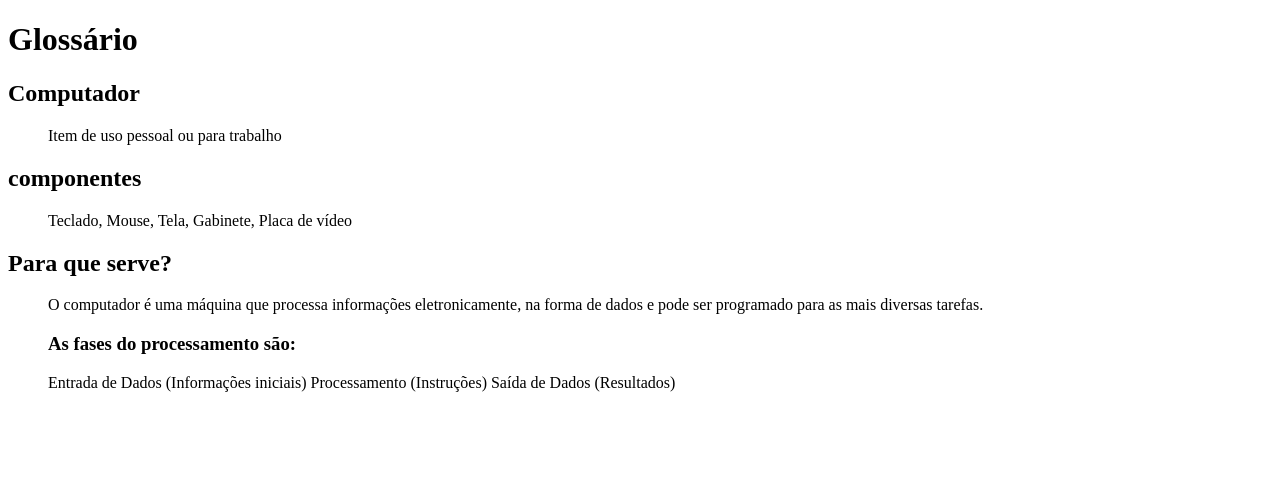
Repository: RenatoCCS/Mais1Code
Page: Rocketseat/Fundamentar/01 - O guia estelar de HTML/Desafios/1_Glossario/glossary.html
The author's editor kept a copy of each file at every save. The page is drawn from the files as they stood at one save, then again after a run of saves.
The browser window is 1280 px wide. The pictures show the whole page.

Above is the page before, as saved 2022-04-18 20:48:34.

After the next 3 saves:
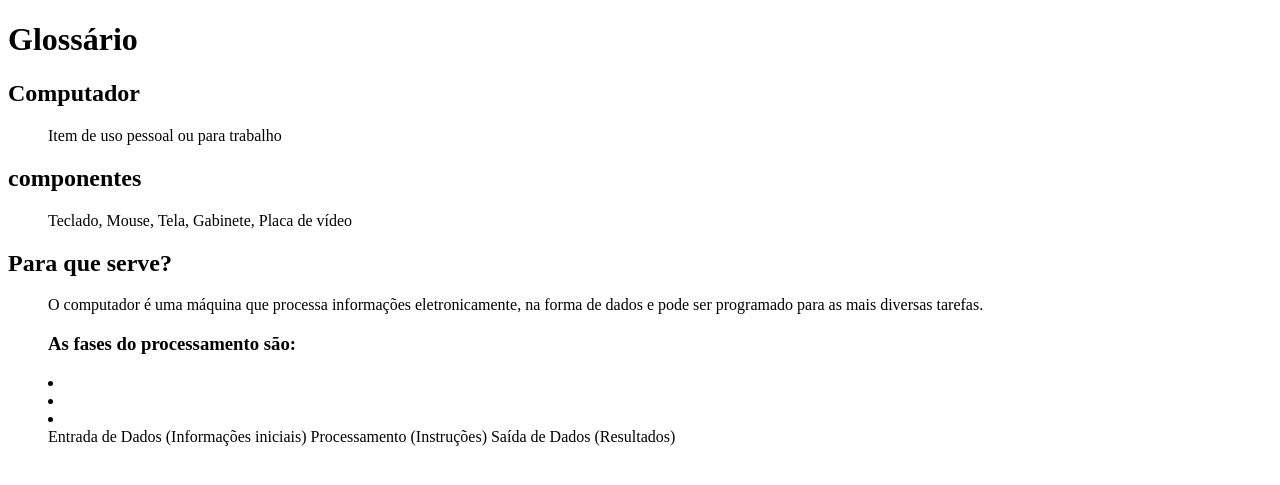
The 3 saves are shown as one change because they came seconds apart.
The last was saved 83 s later.
--- a/Rocketseat/Fundamentar/01 - O guia estelar de HTML/Desafios/1_Glossario/glossary.html
+++ b/Rocketseat/Fundamentar/01 - O guia estelar de HTML/Desafios/1_Glossario/glossary.html
@@ -21,7 +21,9 @@
 
     <h3>As fases do processamento são:</h3>
 
-    Entrada de Dados (Informações iniciais)
+    <li></li>
+    <li></li>
+    <li></li>Entrada de Dados (Informações iniciais)
 
     Processamento (Instruções)
 
